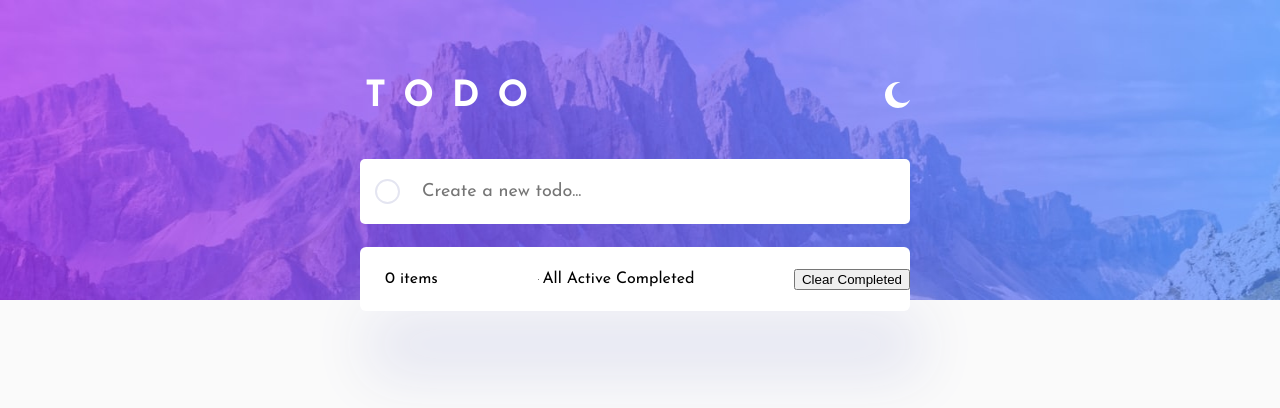
Repository: Haviles04/todoapp
Page: /
An editor plug-in stored every save of this project. The page is shown before and after the next save, followed by the edit.
The browser window is 1280 px wide. The pictures show the whole page.
The project was rebuilt for these pictures with package versions that can differ from the ones it lists, and the page was loaded fresh each time.

Above is the page before, as saved 2022-10-22 09:20:53.

After the next save:
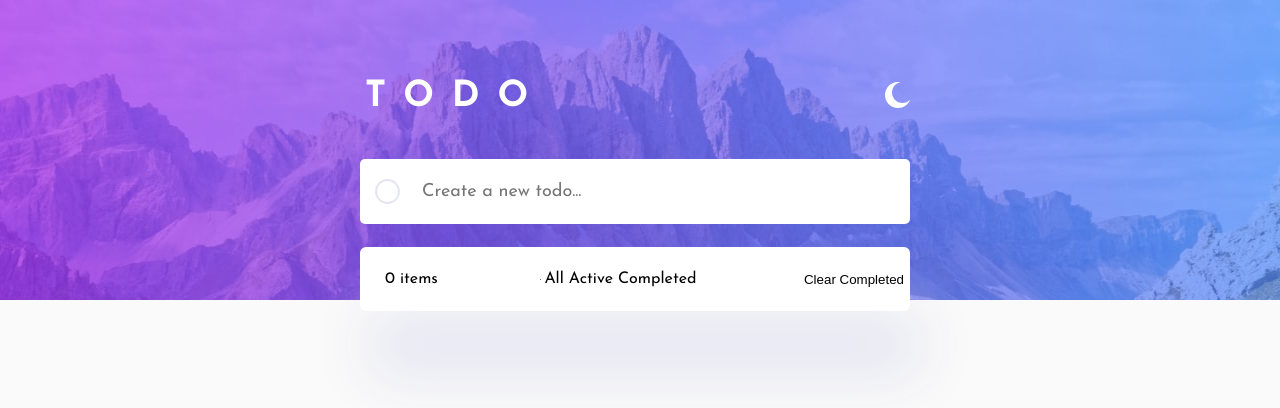
Saved 32 s later.
--- a/src/components/taskList/taskList.css
+++ b/src/components/taskList/taskList.css
@@ -82,3 +82,8 @@
 .todoStatusLabel:hover{
     color: hsl(220, 98%, 61%);
 }
+
+.clearComplete{
+    background-color: transparent;
+    border: none;
+}
